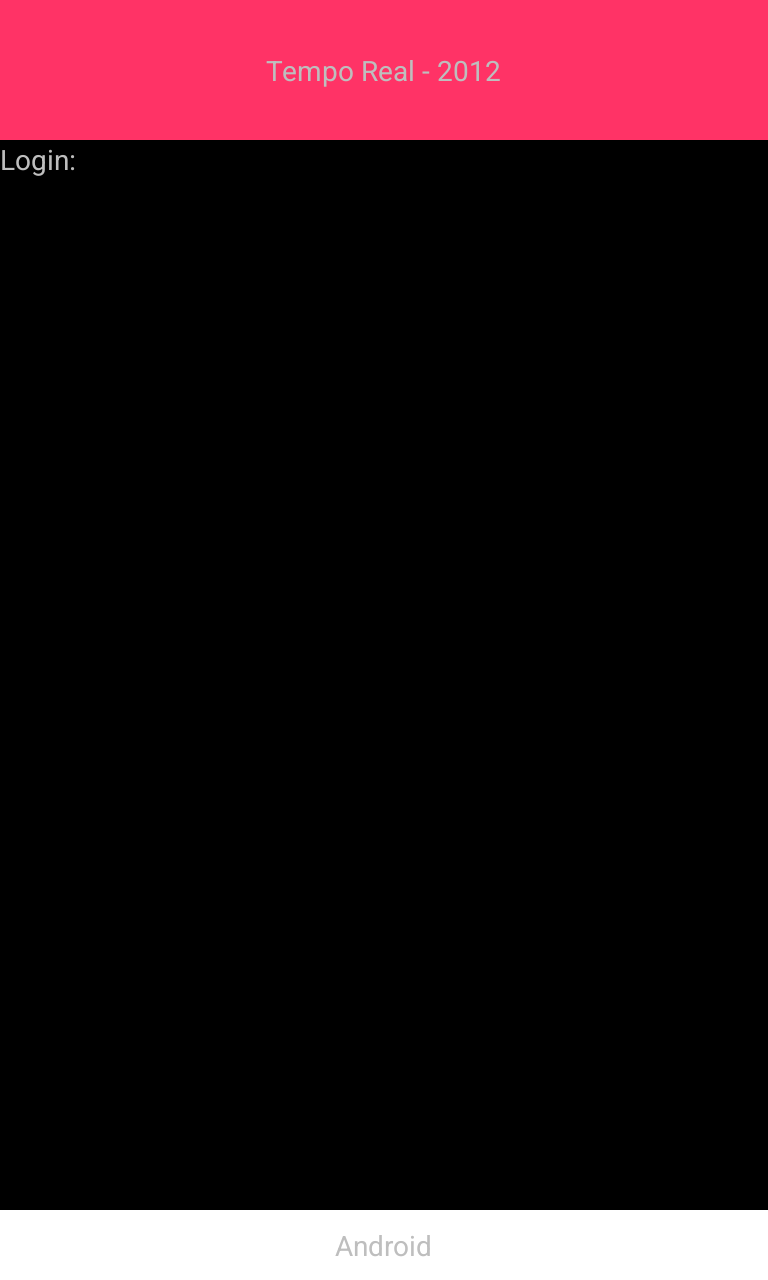
Repository: SuelenGC/Trainings
Layout: TempoRealEventos/HelloAndroid/res/layout/documento_item.xml
The author's editor kept a copy of each file at every save. The layout is drawn from the files as they stood at one save, then again after the next save.
It is drawn on a 768 x 1280 px phone screen (xhdpi) without system bars, with theme android:Theme; the app's code is not run.

Above is the layout before, as saved 2012-06-02 17:51:29.

### TempoRealEventos/HelloAndroid/res/layout/documento_item.xml
<?xml version="1.0" encoding="utf-8"?>
<LinearLayout xmlns:android="http://schemas.android.com/apk/res/android"
    android:layout_width="fill_parent"
    android:layout_height="fill_parent"
    android:orientation="vertical">


	<LinearLayout
	    android:layout_width="fill_parent"
	    android:layout_height="70dp"
	    android:background="#ff3366"
	    android:gravity="center"
	    >

	    <TextView
	        android:layout_width="wrap_content"
	        android:layout_height="wrap_content"
	        android:text="Tempo Real - 2012"

	        />

	</LinearLayout>

	<LinearLayout
	    android:layout_width="fill_parent"
	    android:layout_height="wrap_content"
	    android:layout_weight="1"
	    >

	    <TableLayout
	        android:layout_width="fill_parent"
	        android:layout_height="wrap_content"
	        android:stretchColumns="1"
	        >

	        <TableRow>
	        	<TextView
	        	    android:layout_width="70dp"
	        	    android:layout_height="wrap_content"
	        	    android:text="Login:"
	        	    />
	        </TableRow>

	        </TableLayout>


	</LinearLayout>

	<LinearLayout
	    android:layout_width="fill_parent"
	    android:layout_height="35dp"
	    android:background="#ffffff"
	    android:gravity="center"
	    >

	    <TextView
	        android:layout_width="wrap_content"
	        android:layout_height="wrap_content"
	        android:text="Android"

	        />
	 </LinearLayout>
</LinearLayout>

After the next save:
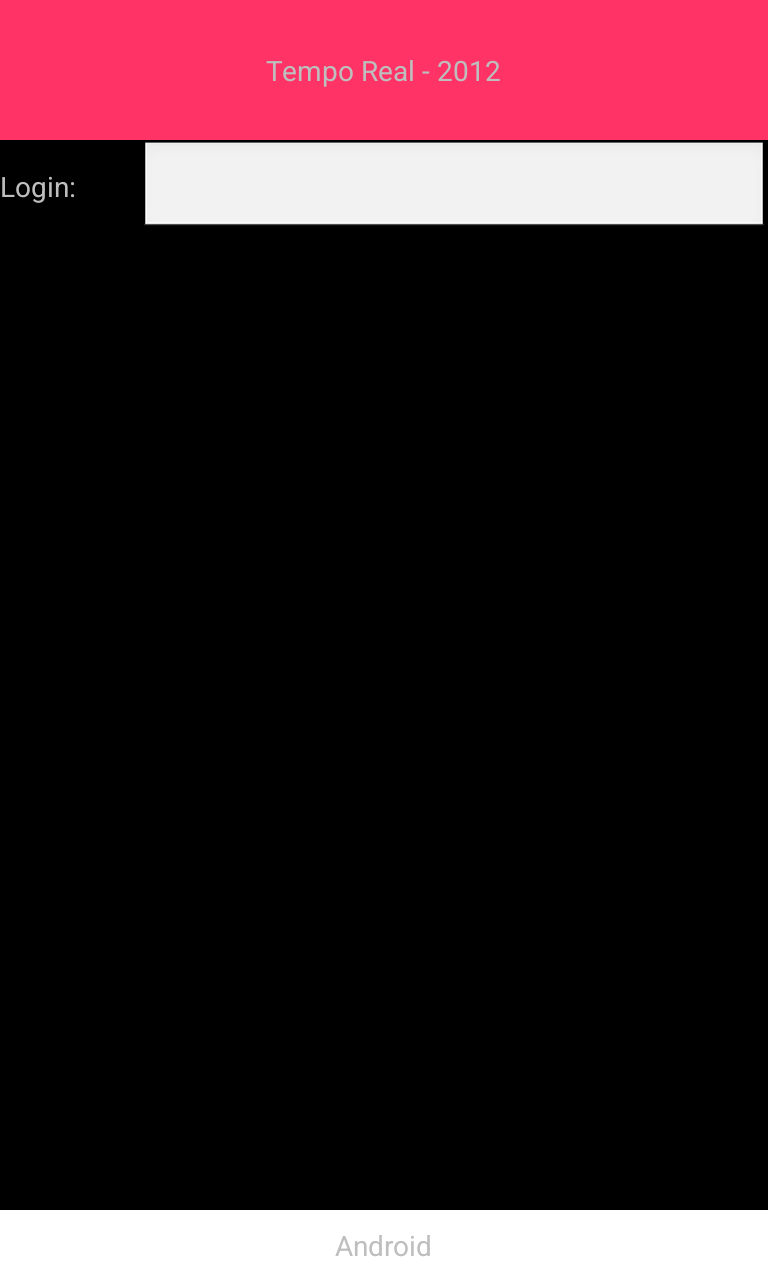
Saved 17 s later.
--- a/TempoRealEventos/HelloAndroid/res/layout/documento_item.xml
+++ b/TempoRealEventos/HelloAndroid/res/layout/documento_item.xml
@@ -39,6 +39,10 @@
 	        	    android:layout_height="wrap_content"
 	        	    android:text="Login:"
 	        	    />
+	        	<EditText
+	        	    android:layout_width="fill_parent"
+	        	    android:layout_height="wrap_content"
+	        	    />
 	        </TableRow>
 
 	        </TableLayout>
